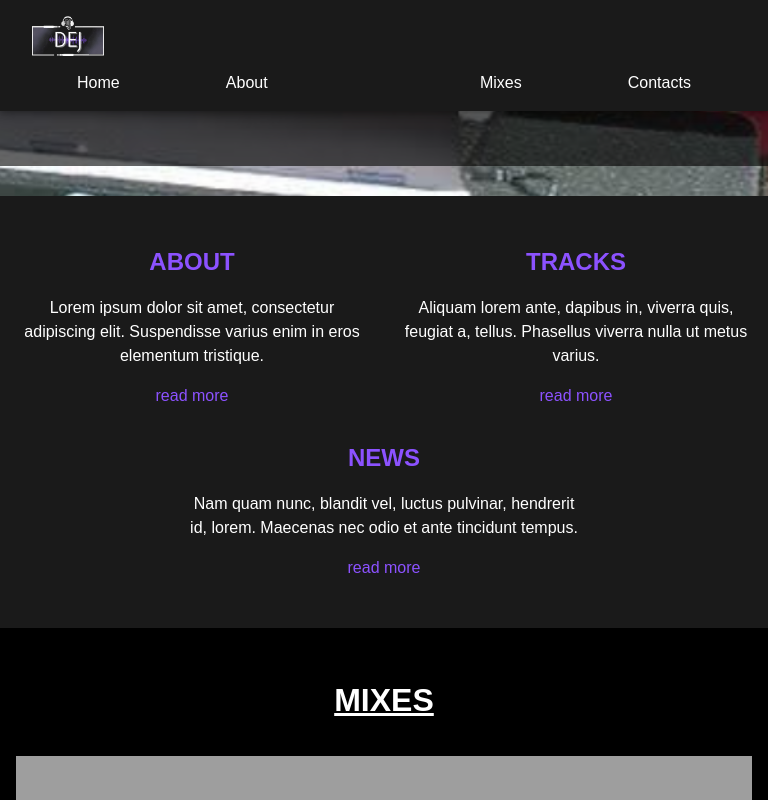
Repository: ErvinClay13/Dj-Dej-Website
Page: /
These files come from the project's save history. The page is drawn as it stood at one moment and after the next save; the edit follows.
The browser window is 768 px wide. The pictures show the whole page.
Pictures or frames that could not be fetched are drawn as grey boxes. An inner scrolling area shows only its first screen. The project was rebuilt for these pictures with package versions that can differ from the ones it lists, and the page was loaded fresh each time. Also part of the build but not shown: vite.config.js.

Above is the page before, as saved 2025-05-09 21:50:42.

After the next save:
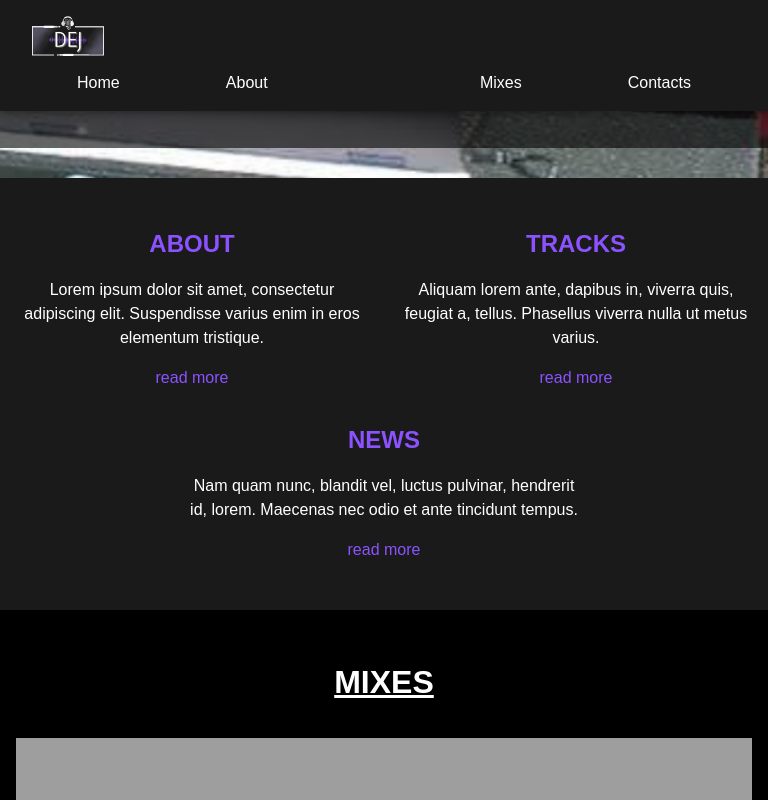
Saved 16 s later.
--- a/src/App.css
+++ b/src/App.css
@@ -207,8 +207,7 @@
 
   .mixcloud-embed {
     max-width: 800px;
-    /* margin: 2rem auto; */
-    margin-bottom: 20px;
-  }
-
-}
+    margin: 2rem auto;
+  }
+
+}
